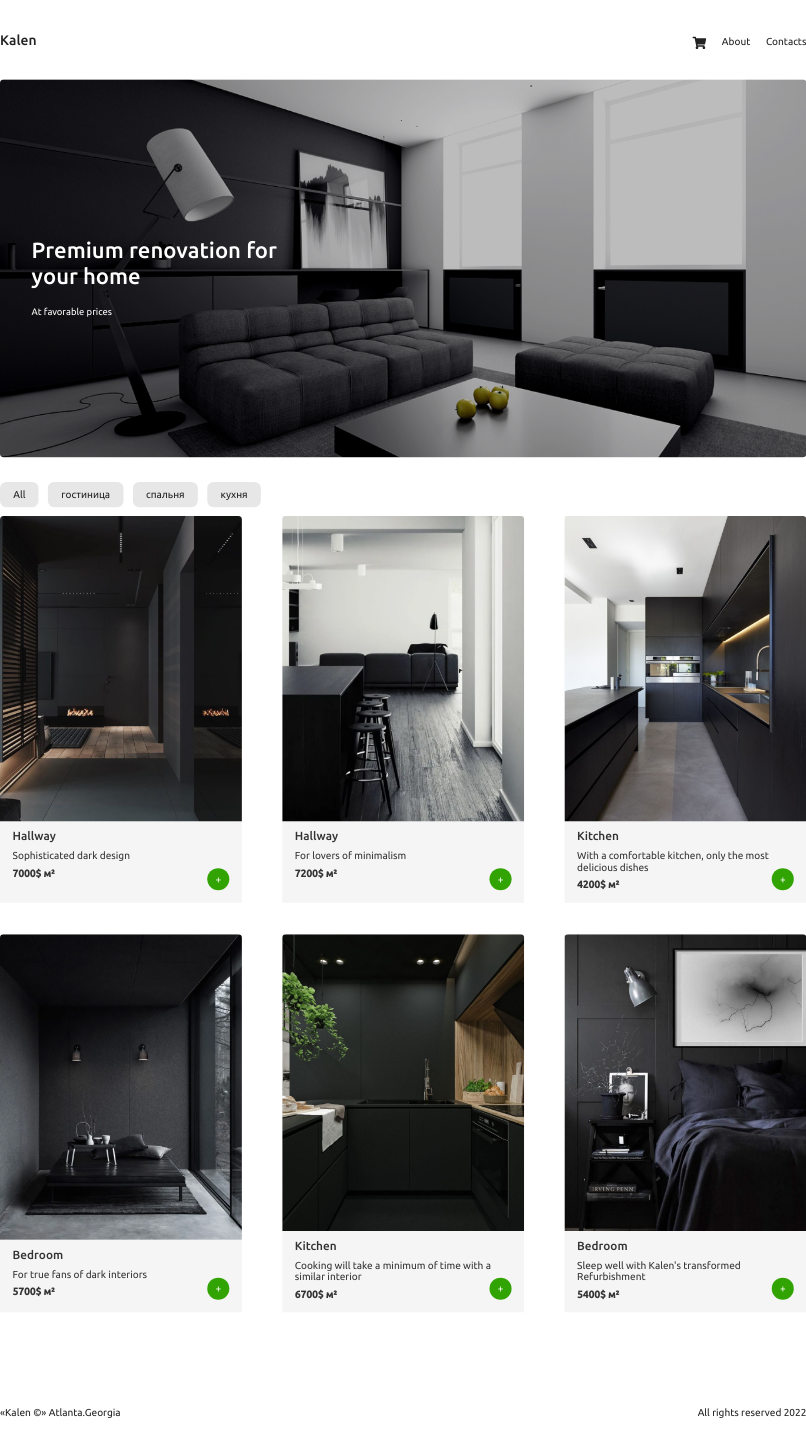
Repository: luckystar20206/e-commerce-react
Page: /
These files come from the project's save history. The page is drawn as it stood at one moment and after the next save; the edit follows.
The browser window is 1280 px wide. The pictures show the whole page, at 63% of full size.
The project was rebuilt for these pictures with package versions that can differ from the ones it lists, and the page was loaded fresh each time. Also part of the build but not shown: src/components/Order/Order.css, src/components/Order/Order.jsx.

Above is the page before, as saved 2022-12-02 00:58:54.

After the next save:
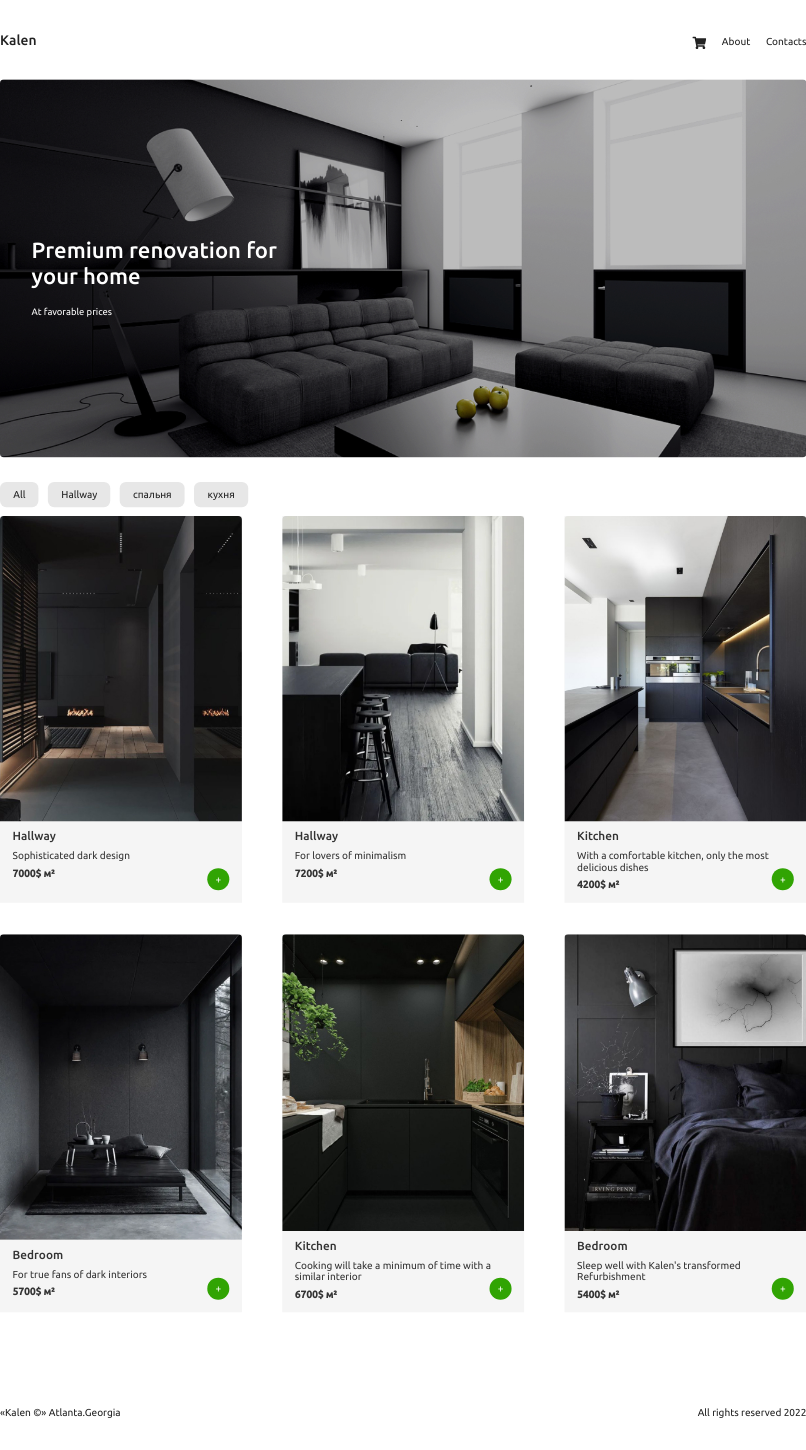
Saved 6 s later.
--- a/src/components/Categories/Categories.jsx
+++ b/src/components/Categories/Categories.jsx
@@ -12,7 +12,7 @@ export class Categories extends Component {
                 },
                 {
                     key: 'Hallway',
-                    name: 'гостиница'
+                    name: 'Hallway'
                 },
                 {
                     key: 'Bedroom',
